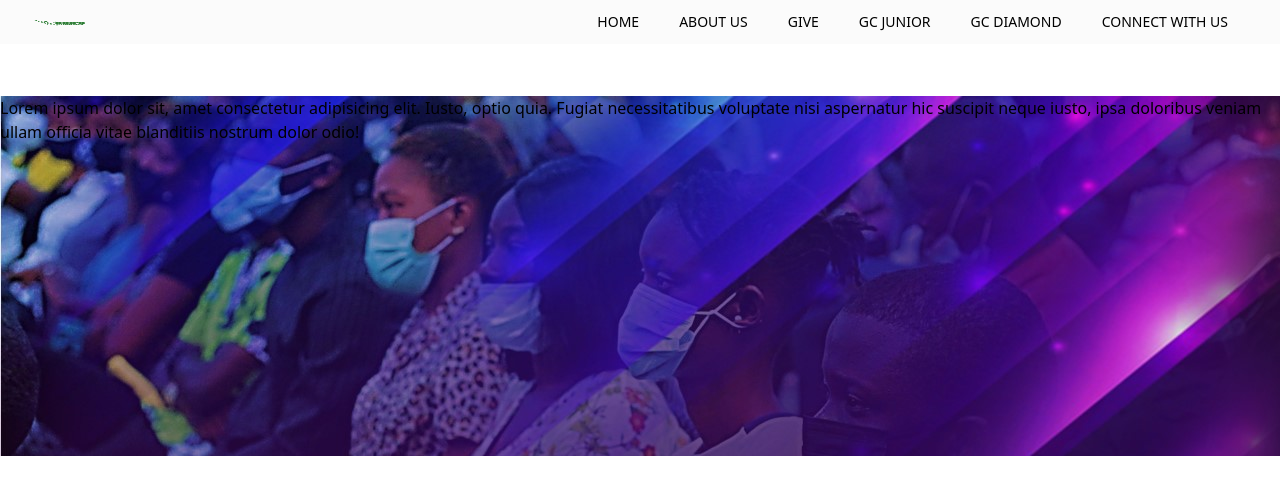
Repository: hisreal123/godschamber-church-main
Page: /
The author's editor kept a copy of each file at every save. The page is drawn from the files as they stood at one save, then again after a run of saves.
The browser window is 1280 px wide. The pictures show the whole page.
The project was rebuilt for these pictures with package versions that can differ from the ones it lists, and the page was loaded fresh each time. The framework's server and built-in components were replaced by stand-ins that run in the browser. Also part of the build but not shown: next.config.js.

Above is the page before, as saved 2022-08-14 21:40:04.

After the next 2 saves:
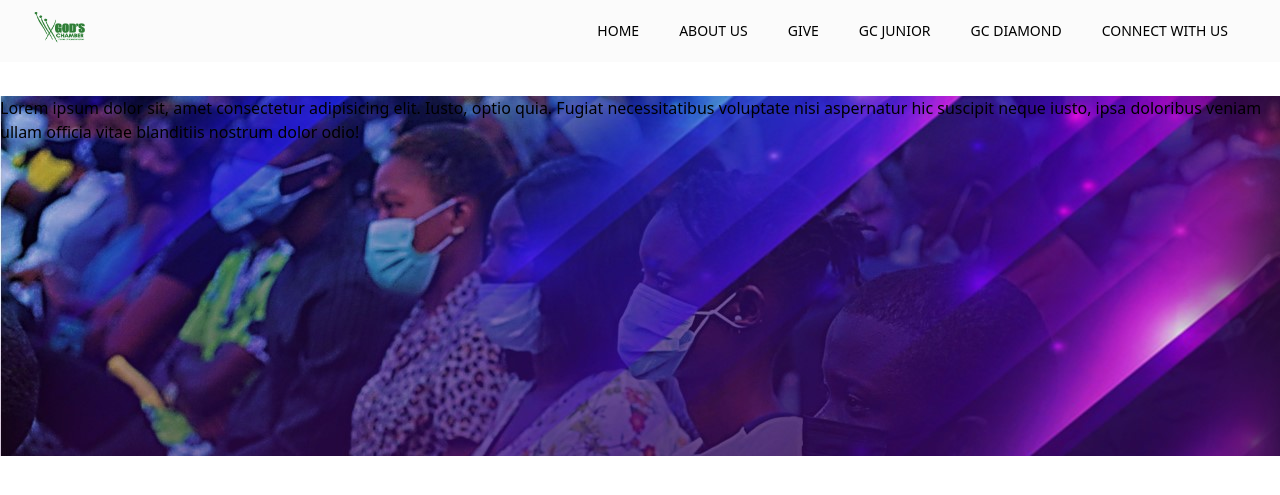
The 2 saves are shown as one change because they came seconds apart.
The last was saved 6 s later.
--- a/components/Header.tsx
+++ b/components/Header.tsx
@@ -27,7 +27,7 @@ const Header = () => {
           <Image
             src={logo}
             alt=" Page logo"
-            height="10"
+            height="56"
             width="59px"
             // layout="responsive"
           />
